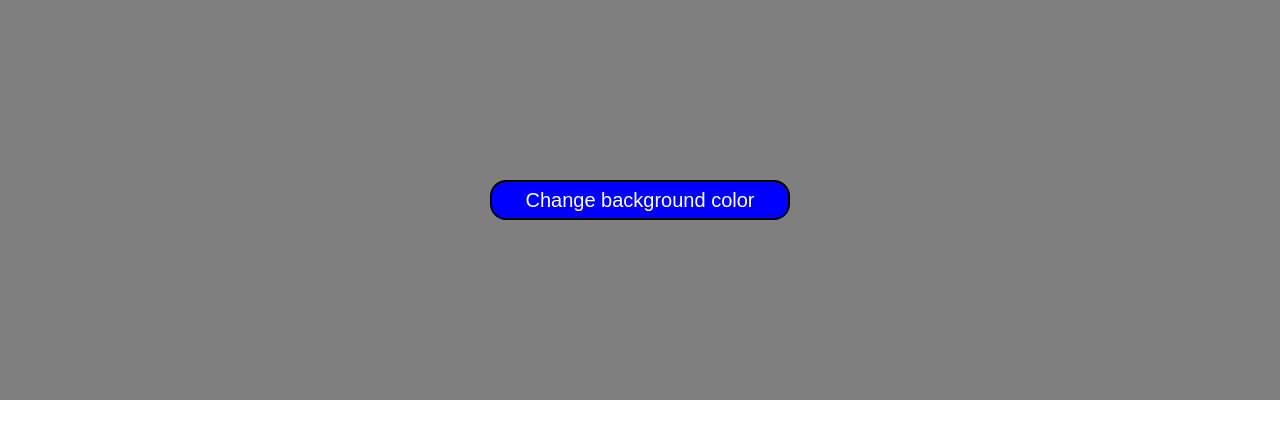
Repository: zRush1202/LoginPage-demo
Page: dom/index1.html
An editor plug-in stored every save of this project. The page is shown before and after the next save, followed by the edit.
The browser window is 1280 px wide. The pictures show the whole page.
The pointer rests on the first visible `.button`.

Above is the page before, as saved 2023-09-16 20:10:08.

### dom/index1.html
<!DOCTYPE html>
<html lang="en">
<head>
    <meta charset="UTF-8">
    <meta name="viewport" content="width=device-width, initial-scale=1.0">
    <title>Document</title>
    <link rel="stylesheet" href="style1.css">
</head>
<body>

    <div class="div">
        <button class="button">Change background color</button>
    </div>
    <script src="change_background_color.js"></script>
</body>
</html>

### dom/style1.css
* {
    margin: 0;
    padding: 0;
}

.div {
    height: 400px;
    width: 100%;
    text-align: center;
    display: block;
    display: flex;
    justify-content: center;
    align-items: center;
    background-color: rgba(0, 0, 0, 0.5);
}

.button {
    background-color: blue;
    color: white;
    height: 40px;
    width: 300px;
    font-size: 20px;
    border-radius: 16px;
    border: 2px solid black;
}

### dom/change_background_color.js
function change_color(){
    const bgc = document.querySelector(".div");
    const arrcolor = ["red", "green", "blue", "white", "black"];
    col = Math.floor(Math.random()* arrcolor.length);
    bgc.style.backgroundColor = arrcolor[col];
}



let button = document.querySelector(".button");
button.addEventListener("click", change_color);

After the next save:
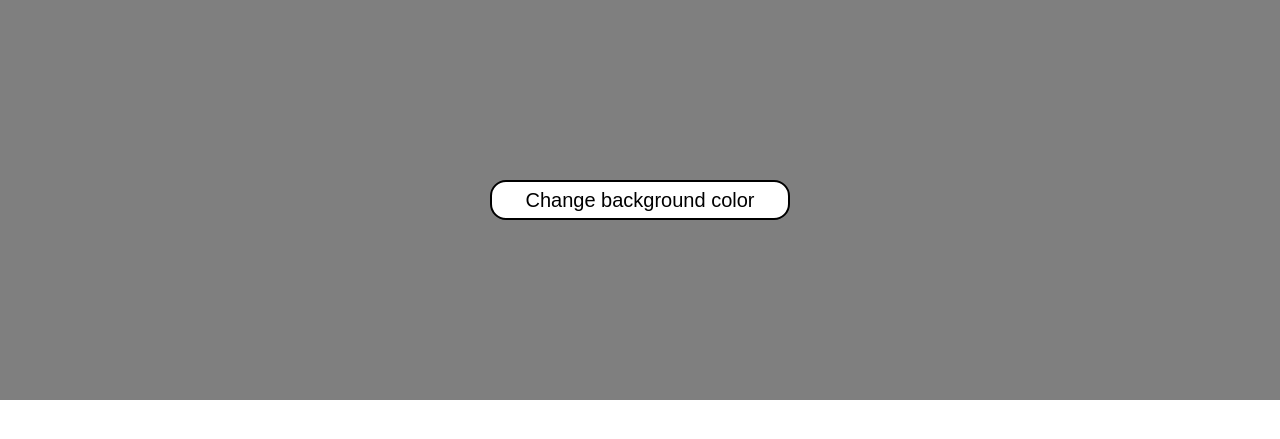
Saved 2 min 58 s later.
--- a/dom/style1.css
+++ b/dom/style1.css
@@ -23,3 +23,8 @@
     border-radius: 16px;
     border: 2px solid black;
 }
+
+.button:hover {
+    background-color: white;
+    color: black;
+}
